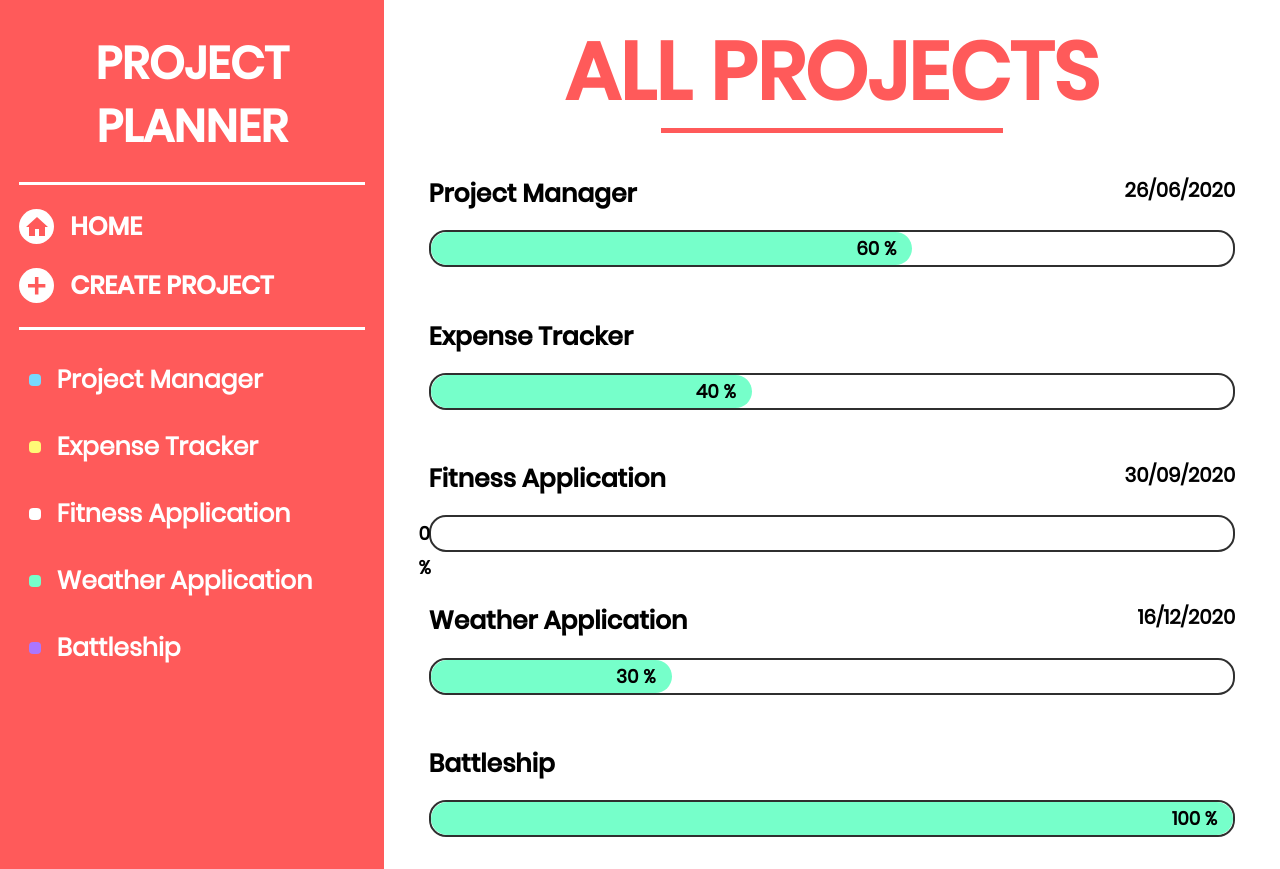
Repository: AzharMoosa/project-manager
Page: /
These files come from the project's save history. The page is drawn as it stood at one moment and after the next save; the edit follows.
The browser window is 1280 px wide. The pictures show the whole page.
The project was rebuilt for these pictures with package versions that can differ from the ones it lists, and the page was loaded fresh each time.

Above is the page before, as saved 2020-06-22 11:26:28.

### public/index.html
<!DOCTYPE html>
<html lang="en">
  <head>
    <meta charset="utf-8" />
    <link rel="icon" href="%PUBLIC_URL%/favicon.ico" />
    <meta name="viewport" content="width=device-width, initial-scale=1" />
    <meta name="theme-color" content="#000000" />
    <meta
      name="description"
      content="Web site created using create-react-app"
    />
    <link rel="apple-touch-icon" href="%PUBLIC_URL%/logo192.png" />

    <link rel="manifest" href="%PUBLIC_URL%/manifest.json" />

    <title>Project Planner</title>
  </head>
  <body>
    <noscript>You need to enable JavaScript to run this app.</noscript>
    <div id="root"></div>
  </body>
</html>

### src/App.js
import React from "react";
import Sidebar from "./components/sidebar/Siebar";
import Home from "./components/home/Home";
import { ProjectProvider } from "./ProjectContext";

import "./App.css";

function App() {
  return (
    <ProjectProvider>
      <div className='container'>
        <Sidebar />
        <Home />
      </div>
    </ProjectProvider>
  );
}

export default App;

### src/components/sidebar/Siebar.js
import React from "react";
import Header from "./Header";
import ProjectList from "../project-list/ProjectList";

const Siebar = () => {
  return (
    <div className='sidebar'>
      <Header />
      <ProjectList />
    </div>
  );
};

export default Siebar;

### src/components/home/Home.js
import React, { useContext } from "react";
import ProgectProgress from "./ProgectProgress";
import { ProjectContext } from "../../ProjectContext";

const Home = () => {
  // eslint-disable-next-line
  const [projects, setProjects] = useContext(ProjectContext);

  return (
    <div className='home'>
      <h1 className='home-title'>ALL PROJECTS</h1>
      {projects.map((project) => (
        <ProgectProgress
          name={project.name}
          date={project.date}
          progress={project.progress}
          key={project.id}
        />
      ))}
    </div>
  );
};

export default Home;

### src/ProjectContext.js
import React, { useState, createContext } from "react";

export const ProjectContext = createContext();

export const ProjectProvider = (props) => {
  const [projects, setProjects] = useState([
    {
      name: "Project Manager",
      overview:
        "A project management application which allows you to plan personal projects and track its progress.  Create detail plans of projects before developing projects.",
      tools: ["HTML", "CSS", "JAVASCRIPT", "REACT"],
      progress: 60,
      tasks: [
        "Create Project Plans",
        "Todo List for Each Project",
        "Track Progress",
        "Priority List",
        "Choose Tools In Each Project",
        "Clean And Simple Design",
        "Use REACT",
      ],
      color: "blue",
      date: "26/06/2020",
      id: 28392,
    },

    {
      name: "Expense Tracker",
      overview:
        "A expense tracker application which allows you to budget and track your savings.  Track what expenses you have",
      tools: ["HTML", "CSS", "JAVASCRIPT", "REACT"],
      progress: 40,
      tasks: [
        "Expenses In And Out",
        "Current Balance",
        "Highest Money Out",
        "Clean And Simple Design",
        "Use REACT",
      ],
      color: "yellow",
      date: "",
      id: 2032,
    },

    {
      name: "Fitness Application",
      overview:
        "A fitness application which can track workouts and meal plans. Plan exercise routines and meal plans all in one hub.",
      tools: [
        "HTML",
        "CSS",
        "JAVASCRIPT",
        "REACT",
        "NODEJS",
        "EXPRESS",
        "MONGODB",
      ],
      progress: 0,
      tasks: [
        "Exercise Plan",
        "Diet Plan",
        "Clean And Simple Design",
        "Use REACT",
      ],
      color: "white",
      date: "30/09/2020",
      id: 203234,
    },

    {
      name: "Weather Application",
      overview:
        "A weather application which can track weather and climate. See weather and climate for different locations all around the world.",
      tools: ["HTML", "CSS", "JAVASCRIPT", "REACT", "ADOBE XD"],
      progress: 30,
      tasks: [
        "Weather",
        "Temp, Humidity, Pressure",
        "Clean And Simple Design",
        "Use REACT",
      ],
      color: "green",
      date: "16/12/2020",
      id: 20327734,
    },

    {
      name: "Battleship",
      overview: "Battleship created in REACT and using Javascript Testing.",
      tools: ["HTML", "CSS", "JAVASCRIPT", "REACT", "ADOBE XD", "JEST"],
      progress: 100,
      tasks: [
        "Battleship Game",
        "Using Testing",
        "Clean And Simple Design",
        "Use REACT",
      ],
      color: "purple",
      date: "",
      id: 2027734,
    },
  ]);

  return (
    <ProjectContext.Provider value={[projects, setProjects]}>
      {props.children}
    </ProjectContext.Provider>
  );
};

### src/App.css
:root {
  --red: #ff5a5a;
  --green: #76ffca;
  --blue: #76daff;
  --yellow: #fffa76;
  --purple: #ab76ff;
}

/* CSS RESET */

* {
  margin: 0;
  padding: 0;
  box-sizing: border-box;
}

/* Fonts */

@font-face {
  font-family: "Poppins-Med";
  src: url("./fonts/Poppins-Medium.ttf");
}

@font-face {
  font-family: "Poppins-Reg";
  src: url("./fonts/Poppins-Regular.ttf");
}

/* Body */

body {
  font-family: "Poppins-Reg";
  line-height: 1.4;
}

/* Utilities */

/* Bullet Points */

.white:before,
.blue:before,
.yellow:before,
.green:before,
.purple:before {
  content: " ";
  height: 12px;
  width: 12px;
  margin-right: 1rem;
  border-radius: 4px;
}

.blue:before {
  background-color: var(--blue);
}

.yellow:before {
  background-color: var(--yellow);
}

.green:before {
  background-color: var(--green);
}

.purple:before {
  background-color: var(--purple);
}

.white:before {
  background-color: #fff;
}

/* Container */
.container {
  display: flex;
}

/* Sidebar */
.sidebar {
  width: 30vw;
  background-color: var(--red);
  min-height: 100vh;
  color: #fff;
}

.title {
  font-size: 45px;
  font-family: "Poppins-Med";
  text-align: center;
  padding-top: 2rem;
}

.nav-btns::after,
.nav-btns:before {
  content: " ";
  display: block;
  border-bottom: 3px solid #fff;
  width: 100%;
  margin: 1.5rem auto;
}

.nav-btns {
  width: 90%;
  margin: auto;
}

.home-btn,
.create-project-btn {
  display: flex;
  align-items: center;
  margin-top: 1.5rem;
}

.home-btn h3,
.create-project-btn h3 {
  margin-left: 1rem;
  font-family: "Poppins-Med";
  font-size: 25px;
}

.home-btn svg,
.create-project-btn svg {
  cursor: pointer;
}

/* Home */

.home {
  width: 70vw;
  display: flex;
  flex-direction: column;
}

.home-title {
  font-size: 80px;
  font-family: "Poppins-Med";
  color: var(--red);
  text-align: center;
  margin-top: 1rem;
}

.home-title:after {
  content: " ";
  display: block;
  border-bottom: 5px solid var(--red);
  width: 342px;
  margin: 0 auto 1.5rem auto;
}

/* Project Sidebar List */
.project-side {
  width: 85%;
  margin: 2rem auto;
  display: flex;
  align-items: center;
  cursor: pointer;
}

.project-side h3 {
  font-size: 25px;
}

/* Progress Bar */
.progressbar {
  width: 90%;
  background-color: #fff;
  border: 2px solid #2f2f2f;
  border-radius: 17px;
  margin: 0 auto 2rem auto;
}

.progressbar > div {
  background-color: var(--green);
  height: 33px;
  border-radius: 17px;
}

.progressbar h3 {
  display: flex;
  justify-content: flex-end;
  align-items: center;
  line-height: 1.8;
  margin-right: 1rem;
}

/* Project List */

.project-title {
  width: 90%;
  margin: 1.2rem auto;
  display: flex;
  justify-content: space-between;
}

.project-title h3 {
  font-size: 25px;
  font-family: "Poppins-Med";
}

.project-title h4 {
  font-size: 20px;
  font-family: "Poppins-Reg";
}

### src/components/sidebar/Header.js
import React from "react";

const Header = () => {
  return (
    <div>
      <h1 className='title'>PROJECT PLANNER</h1>
      <div className='nav-btns'>
        <div className='home-btn'>
          <svg
            xmlns='http://www.w3.org/2000/svg'
            width='35'
            height='35'
            viewBox='0 0 35 35'
          >
            <g
              id='Home_Btn'
              data-name='Home Btn'
              transform='translate(-139 -182)'
            >
              <circle
                id='Ellipse_1'
                data-name='Ellipse 1'
                cx='17.5'
                cy='17.5'
                r='17.5'
                transform='translate(139 182)'
                fill='#fff'
              />
              <path
                id='icons8-home'
                d='M12,2.1,1,12H4v9h6V14h4v7h6V12h3Z'
                transform='translate(145 187.9)'
                fill='#ff5a5a'
              />
            </g>
          </svg>
          <h3>HOME</h3>
        </div>

        <div className='create-project-btn'>
          <svg
            xmlns='http://www.w3.org/2000/svg'
            width='35'
            height='35'
            viewBox='0 0 35 35'
          >
            <g id='Group_6' data-name='Group 6' transform='translate(-50 -242)'>
              <circle
                id='Ellipse_2'
                data-name='Ellipse 2'
                cx='17.5'
                cy='17.5'
                r='17.5'
                transform='translate(50 242)'
                fill='#fff'
              />
              <path
                id='icons8-plus'
                d='M8.922,2V8.922H2v1.538H8.922v6.922h1.538V10.461h6.922V8.922H10.461V2Z'
                transform='translate(58 250)'
                fill='#ff5a5a'
                stroke='#ff5a5a'
                strokeWidth='2'
                fillRule='evenodd'
              />
            </g>
          </svg>
          <h3>CREATE PROJECT</h3>
        </div>
      </div>
    </div>
  );
};

export default Header;

### src/components/project-list/ProjectList.js
import React, { useContext } from "react";
import { ProjectContext } from "../../ProjectContext";
import ProjectSide from "./ProjectSide";

const ProjectList = () => {
  // eslint-disable-next-line
  const [projects, setProjects] = useContext(ProjectContext);

  return (
    <div>
      {projects.map((project) => (
        <ProjectSide
          name={project.name}
          color={project.color}
          key={project.id}
        />
      ))}
    </div>
  );
};

export default ProjectList;

### src/components/home/ProgectProgress.js
import React from "react";
import ProgressBar from "./ProgressBar";

const ProgectProgress = ({ name, date, progress }) => {
  return (
    <div className='project-progress'>
      <div className='project-title'>
        <h3>{name}</h3>
        <h4>{date}</h4>
      </div>
      <ProgressBar progress={progress} />
    </div>
  );
};

export default ProgectProgress;

### src/components/project-list/ProjectSide.js
import React from "react";

const Project = ({ name, color }) => {
  return (
    <div className={`project-side ${color}`}>
      <h3>{name}</h3>
    </div>
  );
};

export default Project;

### src/components/home/ProgressBar.js
import React from "react";

const ProgressBar = ({ progress }) => {
  return (
    <div className='progressbar'>
      <div style={{ width: `${progress}%` }}>
        {" "}
        <h3>{progress} %</h3>
      </div>
    </div>
  );
};

export default ProgressBar;

Loaded but not shown: src/index.js (common file)

After the next save:
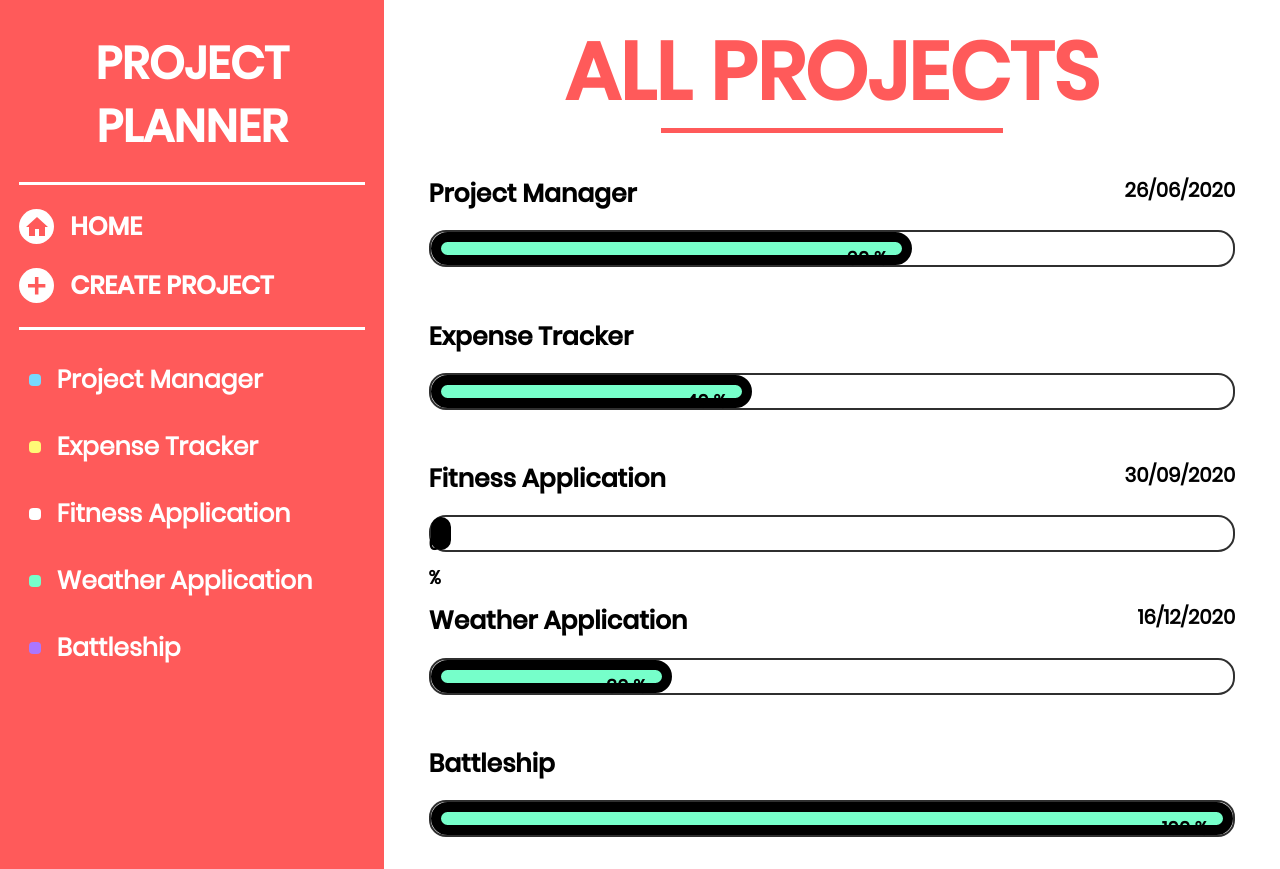
Saved 39 s later.
--- a/src/App.css
+++ b/src/App.css
@@ -172,6 +172,7 @@
   background-color: var(--green);
   height: 33px;
   border-radius: 17px;
+  border: 10px solid black;
 }
 
 .progressbar h3 {

After the save that followed:
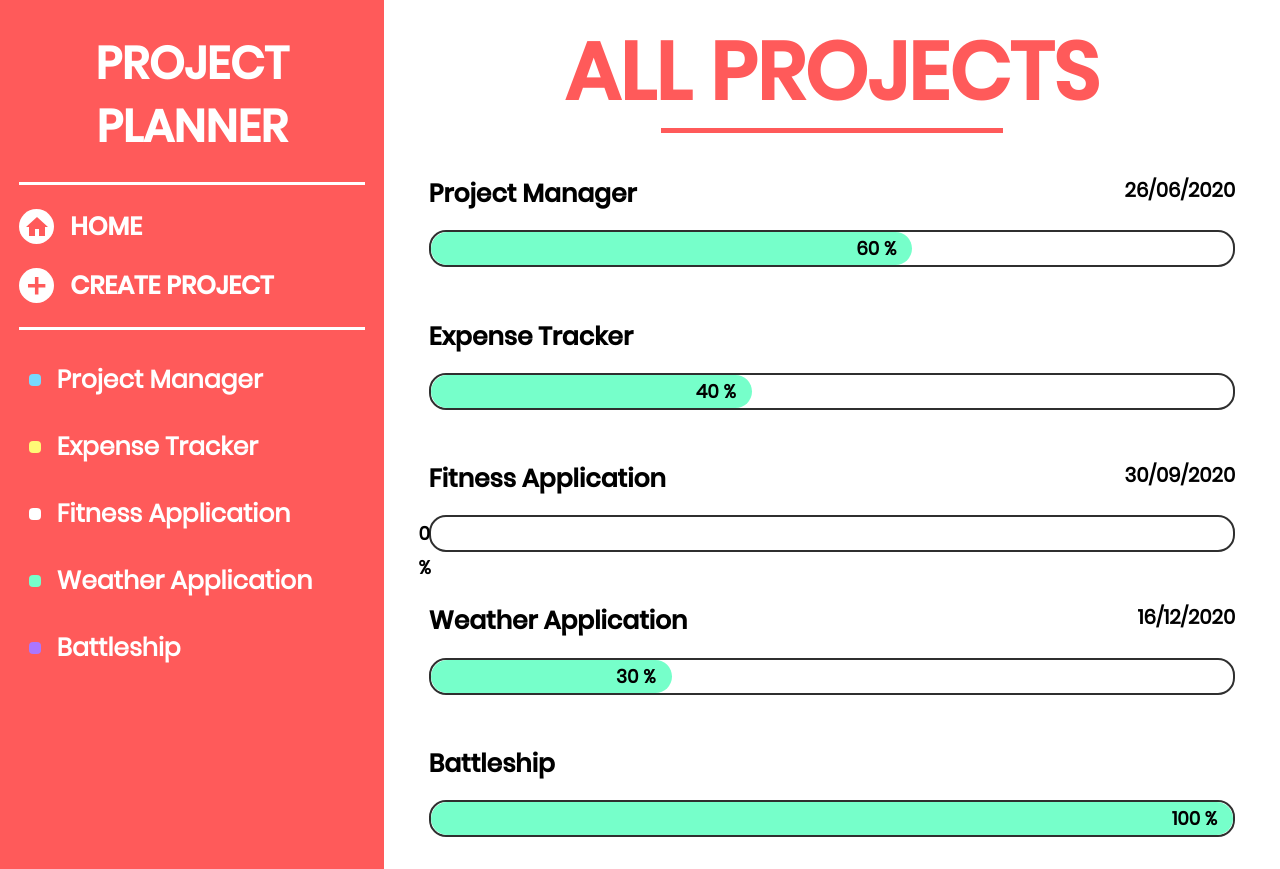
Saved 28 s later.
--- a/src/App.css
+++ b/src/App.css
@@ -172,7 +172,6 @@
   background-color: var(--green);
   height: 33px;
   border-radius: 17px;
-  border: 10px solid black;
 }
 
 .progressbar h3 {
